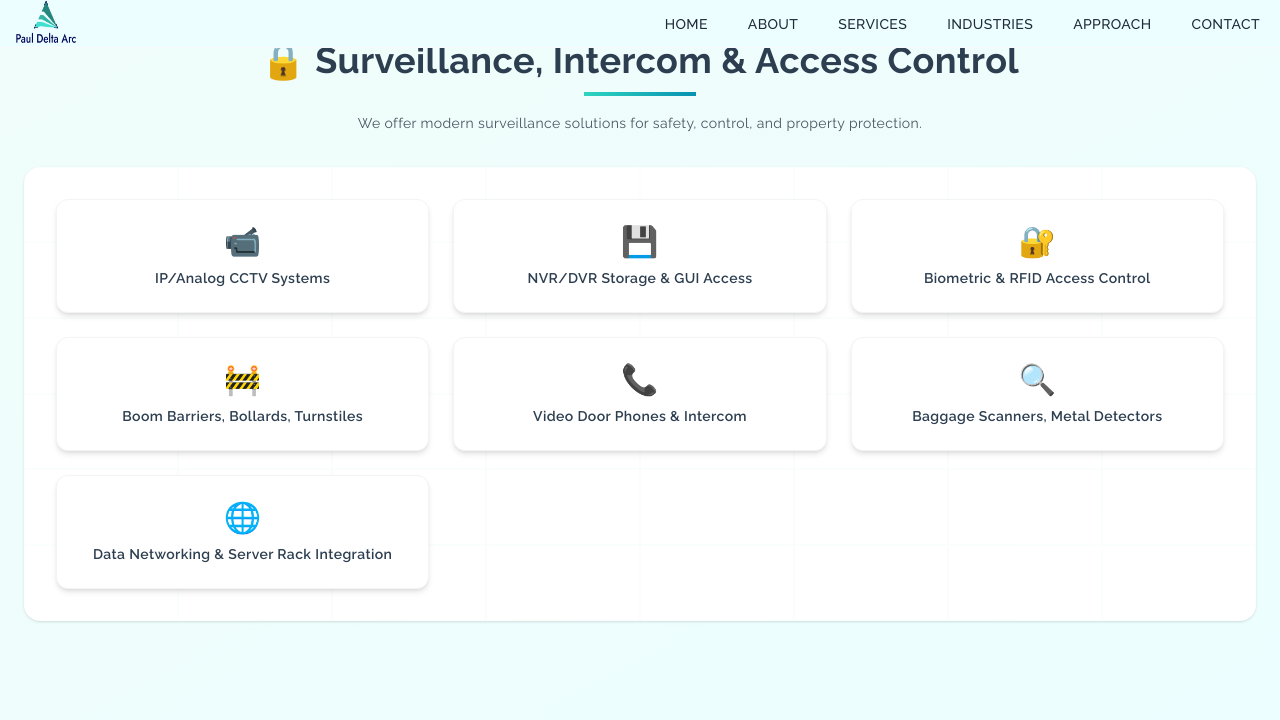
Repository: AnupriyaBiswas/PaulDeltaArc
Page: /SurveillanceAccessControl
These files come from the project's save history. The page is drawn as it stood at one moment and after the next save; the edit follows.
The browser window is 1280 px wide. The pictures show the whole page.
The project was rebuilt for these pictures with package versions that can differ from the ones it lists, and the page was loaded fresh each time. The framework's server and built-in components were replaced by stand-ins that run in the browser. Also part of the build but not shown: next.config.js.

Above is the page before, as saved 2025-07-10 19:30:34.

After the next save:
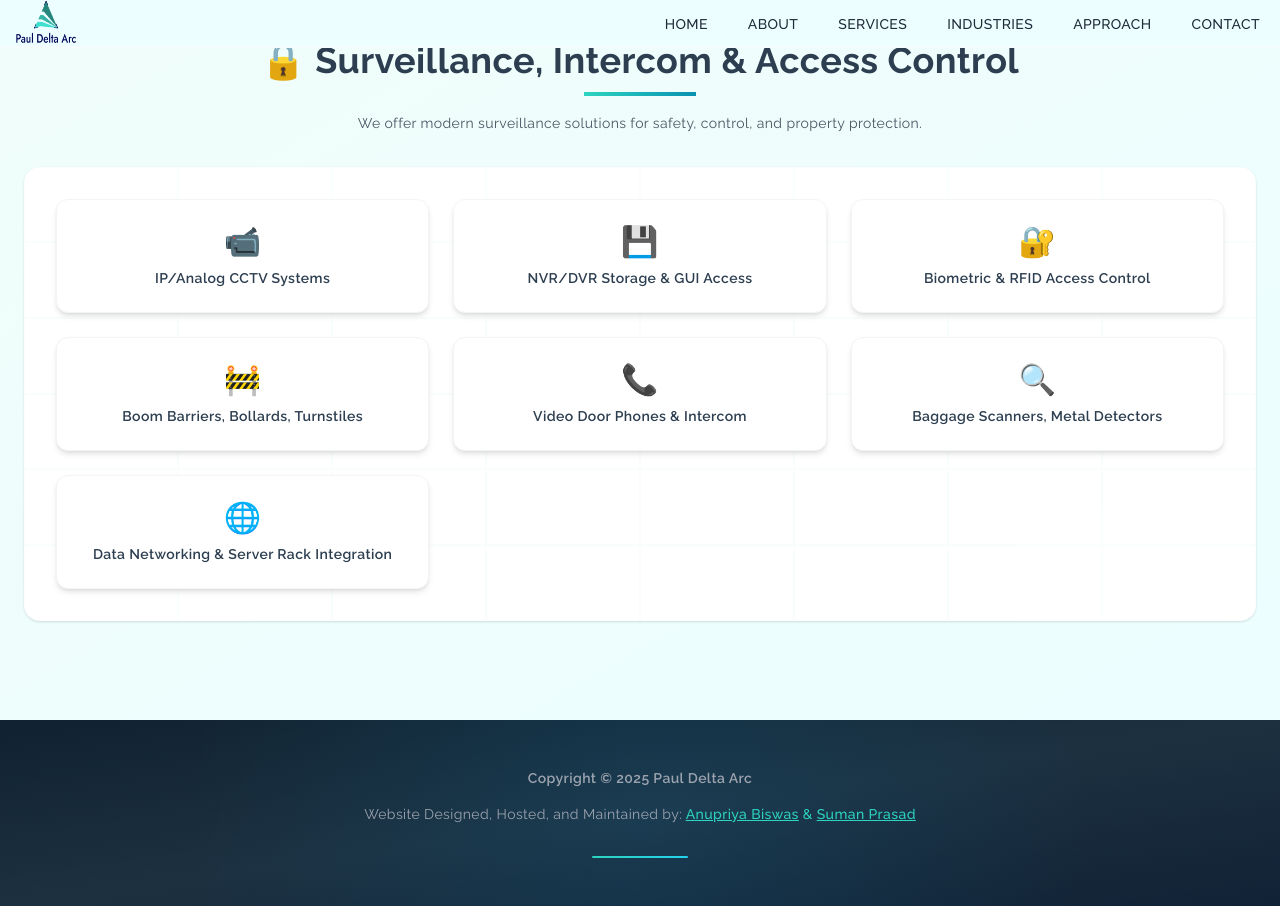
Saved 30 s later.
--- a/pages/SurveillanceAccessControl.jsx
+++ b/pages/SurveillanceAccessControl.jsx
@@ -1,4 +1,5 @@
 import React, { useState, useEffect } from 'react';
+import Footer from '../components/Footer';
 
 const SurveillanceAccessControl = () => {
   const [hasMounted, setHasMounted] = useState(false);
@@ -20,51 +21,55 @@ const SurveillanceAccessControl = () => {
   ];
 
   return (
-    <div id='surveillance-intercom-access-control' className='w-full bg-gradient-to-br from-teal-50 to-cyan-50 py-10 min-h-screen text-sm'>
-      <div className='max-w-[1300px] mx-auto px-6'>
-        {/* Header Section */}
-        <div className='text-center mb-8'>
-          <h1 className='text-3xl md:text-4xl font-bold text-[#2c3e50] mb-3'>🔒 Surveillance, Intercom & Access Control</h1>
-          <div className='w-28 h-1 bg-gradient-to-r from-teal-400 to-cyan-600 mx-auto mb-4'></div>
-          <p className='text-gray-600 max-w-3xl mx-auto leading-relaxed text-sm'>
-            We offer modern surveillance solutions for safety, control, and property protection.
-          </p>
-        </div>
+    <>
 
-        {/* Visual Section */}
-        <div className='mb-10'>
-          <div className='bg-white rounded-2xl shadow p-8 relative overflow-hidden'>
-            {/* Background Pattern */}
-            <div className='absolute inset-0 opacity-5'>
-              <div className='grid grid-cols-8 grid-rows-6 h-full'>
-                {[...Array(48)].map((_, i) => (
-                  <div key={i} className='border border-teal-200'></div>
+      <div id='surveillance-intercom-access-control' className='w-full bg-gradient-to-br from-teal-50 to-cyan-50 py-10 min-h-screen text-sm'>
+        <div className='max-w-[1300px] mx-auto px-6'>
+          {/* Header Section */}
+          <div className='text-center mb-8'>
+            <h1 className='text-3xl md:text-4xl font-bold text-[#2c3e50] mb-3'>🔒 Surveillance, Intercom & Access Control</h1>
+            <div className='w-28 h-1 bg-gradient-to-r from-teal-400 to-cyan-600 mx-auto mb-4'></div>
+            <p className='text-gray-600 max-w-3xl mx-auto leading-relaxed text-sm'>
+              We offer modern surveillance solutions for safety, control, and property protection.
+            </p>
+          </div>
+
+          {/* Visual Section */}
+          <div className='mb-10'>
+            <div className='bg-white rounded-2xl shadow p-8 relative overflow-hidden'>
+              {/* Background Pattern */}
+              <div className='absolute inset-0 opacity-5'>
+                <div className='grid grid-cols-8 grid-rows-6 h-full'>
+                  {[...Array(48)].map((_, i) => (
+                    <div key={i} className='border border-teal-200'></div>
+                  ))}
+                </div>
+              </div>
+
+              <div className='relative z-10 grid grid-cols-1 md:grid-cols-2 lg:grid-cols-3 gap-6 items-stretch'>
+                {scopeServices.map((service, index) => (
+                  <div key={index} className='group relative h-30'>
+                    <div className='bg-white p-6 rounded-xl shadow-md hover:shadow-xl transition-all duration-300 transform group-hover:-translate-y-3 border border-gray-100 group-hover:border-teal-200 h-full flex flex-col items-center justify-center text-center'>
+                      <div className='text-3xl mb-2 group-hover:opacity-0 transition-opacity duration-300'>{service.icon}</div>
+                      <h3 className='text-sm font-semibold text-[#2c3e50] group-hover:text-teal-600 transition-colors duration-300'>{service.title}</h3>
+                    </div>
+
+                    {/* Hover State */}
+                    <div className='absolute inset-0 bg-gradient-to-br from-teal-400 via-cyan-500 to-teal-600 rounded-xl opacity-0 group-hover:opacity-95 transition-all duration-300 flex items-center justify-center shadow-xl transform scale-100 group-hover:scale-105'>
+                      <div className='text-white text-center p-6'>
+                        <h4 className='font-bold text-base mb-2'>{service.title}</h4>
+                        <p className='text-sm opacity-90 leading-snug'>{service.description}</p>
+                      </div>
+                    </div>
+                  </div>
                 ))}
               </div>
-            </div>
-
-            <div className='relative z-10 grid grid-cols-1 md:grid-cols-2 lg:grid-cols-3 gap-6 items-stretch'>
-              {scopeServices.map((service, index) => (
-                <div key={index} className='group relative h-30'>
-                  <div className='bg-white p-6 rounded-xl shadow-md hover:shadow-xl transition-all duration-300 transform group-hover:-translate-y-3 border border-gray-100 group-hover:border-teal-200 h-full flex flex-col items-center justify-center text-center'>
-                    <div className='text-3xl mb-2 group-hover:opacity-0 transition-opacity duration-300'>{service.icon}</div>
-                    <h3 className='text-sm font-semibold text-[#2c3e50] group-hover:text-teal-600 transition-colors duration-300'>{service.title}</h3>
-                  </div>
-
-                  {/* Hover State */}
-                  <div className='absolute inset-0 bg-gradient-to-br from-teal-400 via-cyan-500 to-teal-600 rounded-xl opacity-0 group-hover:opacity-95 transition-all duration-300 flex items-center justify-center shadow-xl transform scale-100 group-hover:scale-105'>
-                    <div className='text-white text-center p-6'>
-                      <h4 className='font-bold text-base mb-2'>{service.title}</h4>
-                      <p className='text-sm opacity-90 leading-snug'>{service.description}</p>
-                    </div>
-                  </div>
-                </div>
-              ))}
             </div>
           </div>
         </div>
       </div>
-    </div>
+      <Footer />
+    </>
   );
 };
 
